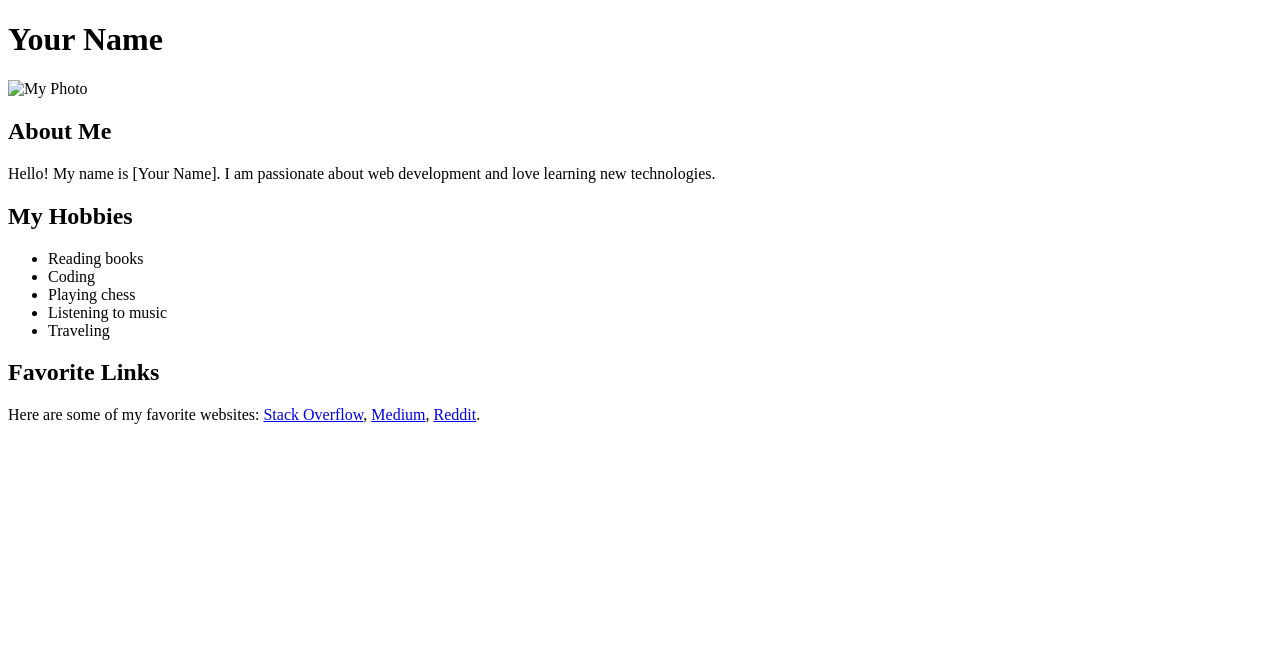
Repository: arunyerram/Web-TEChnologies
Page: Exercise2.html
These files come from the project's save history. The page is drawn as it stood at one moment and after a run of saves; the edit follows.
The browser window is 1280 px wide. The pictures show the whole page.

Above is the page before, as saved 2025-02-12 17:18:55.
Not found: myphoto.jpg

After the next 2 saves:
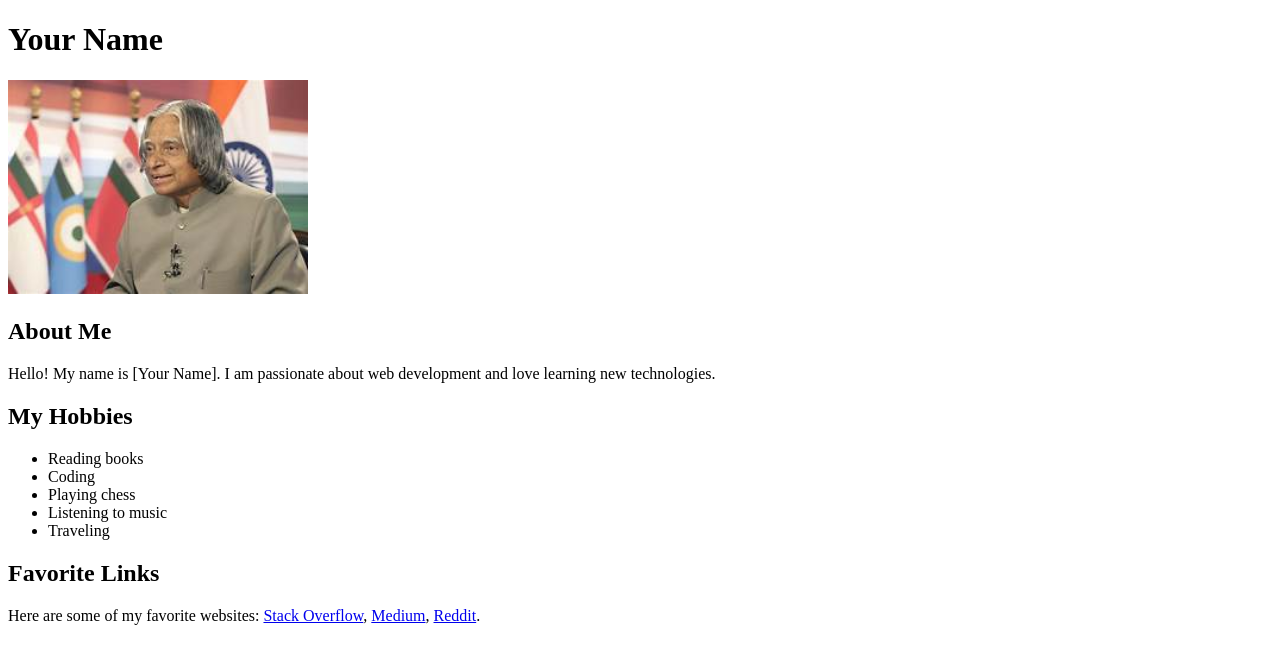
The 2 saves are shown as one change because they came seconds apart.
The last was saved 80 s later.
--- a/Exercise2.html
+++ b/Exercise2.html
@@ -9,7 +9,7 @@
 
     <h1>Your Name</h1>
 
-    <img src="myphoto.jpg" alt="My Photo" width="300">
+    <img src="/kalam.jpg" alt="My Photo" width="300">
 
     <h2>About Me</h2>
 
